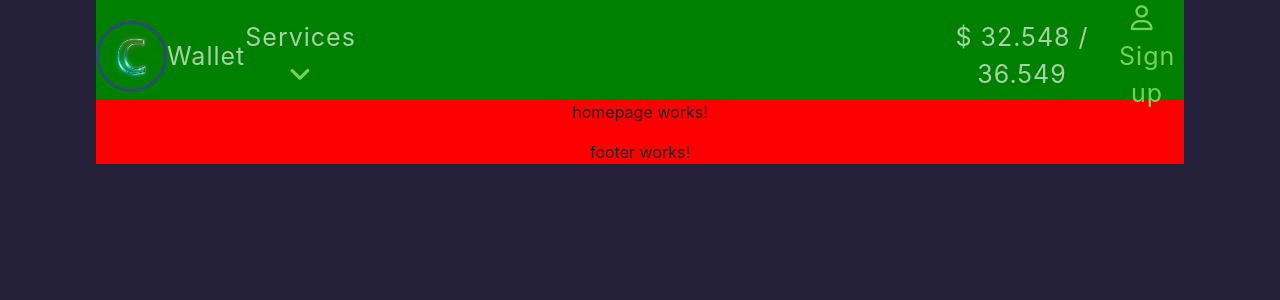
Repository: YuriyBen/Corzbank
Page: / (app in Corzbank.Web/ClientApp/)
An editor plug-in stored every save of this project. The page is shown before and after the next save, followed by the edit.
The browser window is 1280 px wide. The pictures show the whole page.
Some web libraries are served in a nearby version. The project was rebuilt for these pictures with package versions that can differ from the ones it lists, and the page was loaded fresh each time. Also part of the build but not shown: Corzbank.Web/ClientApp/angular.json.

Above is the page before, as saved 2022-05-19 20:30:47.

### Corzbank.Web/ClientApp/src/index.html
<!DOCTYPE html>
<html lang="en">
  <head>
    <meta charset="utf-8" />
    <title>Corzbank.Web</title>
    <base href="/" />

    <meta name="viewport" content="width=device-width, initial-scale=1" />
    <link rel="icon" type="image/x-icon" href="favicon.ico" />

    <script src="https://kit.fontawesome.com/61ebb60581.js" crossorigin="anonymous"></script>
  </head>
  <body>
    <app-root>Loading...</app-root>
  </body>
</html>

### Corzbank.Web/ClientApp/src/styles.css
/* You can add global styles to this file, and also import other style files */

/* Provide sufficient contrast against white background */
a {
  color: #0366d6;
}

code {
  color: #e01a76;
}

.btn-primary {
  color: #fff;
  background-color: #1b6ec2;
  border-color: #1861ac;
}
body{
  display: block;
  text-align: -webkit-center;
  background-color: #24203A;
}
.main{
  background-color: red;
  padding: 0;
  width: 85%;
}

### Corzbank.Web/ClientApp/src/app/app.module.ts
import { BrowserModule } from '@angular/platform-browser';
import { NgModule } from '@angular/core';
import { FormsModule } from '@angular/forms';
import { HttpClientModule, HTTP_INTERCEPTORS } from '@angular/common/http';
import { RouterModule } from '@angular/router';

import { AppComponent } from './app.component';
import { HomepageComponent } from './homepage/homepage.component';
import { HeaderComponent } from './header/header.component';
import { FooterComponent } from './footer/footer.component';

@NgModule({
  declarations: [
    AppComponent,
    HomepageComponent,
    HeaderComponent,
    FooterComponent
  ],
  imports: [
    BrowserModule.withServerTransition({ appId: 'ng-cli-universal' }),
    HttpClientModule,
    FormsModule,
    RouterModule.forRoot([
      { path: '', component: HomepageComponent, pathMatch: 'full' },
    ])
  ],
  providers: [],
  bootstrap: [AppComponent]
})
export class AppModule { }

### Corzbank.Web/ClientApp/src/app/app.component.html
<body>
  <div class="main">
    <app-header></app-header>
    <router-outlet></router-outlet>
    <div class="container">
    </div>
    <app-footer></app-footer>
  </div>
</body>

### Corzbank.Web/ClientApp/src/app/homepage/homepage.component.html
<p>homepage works!</p>

### Corzbank.Web/ClientApp/src/app/header/header.component.html
<div class="navbar">
    <div class="left-block">
        <div class="logo">
            <img src="assets/photos/logo.png" alt="logo">
        </div>
        <span>Wallet</span>
        <div class="services">
            <span>Services</span>
            <i class="fa fa-angle-down"></i>
        </div>
    </div>
    <div class="right-block">
        <div class="exchange">
            <span>$ 32.548 / 36.549</span>
        </div>
        <div class="account">
            <i class="far fa-user"></i>
            <p>Sign up</p>
        </div>
    </div>
</div>

### Corzbank.Web/ClientApp/src/app/header/header.component.scss
*{
    padding: 0;
    margin: 0;
    box-sizing: 0;
}
.navbar{
    background-color: green;
    height: 100px;
    display: flex;
    justify-content: space-between;
    align-items: center;
    font-size: 25px;
    letter-spacing: 1px;
}
.left-block , .right-block{
    display: flex;
    justify-content: space-between;
    width: 23%;
    align-items: baseline;
    align-items: center;
}
.navbar span{
    color: white;
    opacity: 65%;
}
.left-block .logo{
    background: transparent;
    border-radius: 50px;
    border: 3px solid #2D4A74;
}
.left-block img{
    width: 65px;
}
.left-block
.right-block .account{
    display: -webkit-inline-box;
    width: 140px;
    height: 40px;
    -webkit-box-align: center;
    border-radius: 32px;
    background: transparent;
    border: 3px solid #77D353;
    padding: 0 10px;
    -webkit-box-pack: center;
    font-size: 18px;

}
.account p, i{
    color: #77D353;
}
.account .far{
    margin-right: 10px;
}

Loaded but not shown: Corzbank.Web/ClientApp/src/main.ts (common file); Corzbank.Web/ClientApp/src/environments/environment.ts (common file); Corzbank.Web/ClientApp/src/app/app.component.ts (common file); Corzbank.Web/ClientApp/src/app/homepage/homepage.component.ts (common file); Corzbank.Web/ClientApp/src/app/header/header.component.ts (common file); Corzbank.Web/ClientApp/src/app/footer/footer.component.ts (common file); Corzbank.Web/ClientApp/src/app/footer/footer.component.html (common file); Corzbank.Web/ClientApp/src/app/footer/footer.component.scss (no stored copy; drawn as an empty file); Corzbank.Web/ClientApp/src/app/homepage/homepage.component.scss (no stored copy; drawn as an empty file)

After the next save:
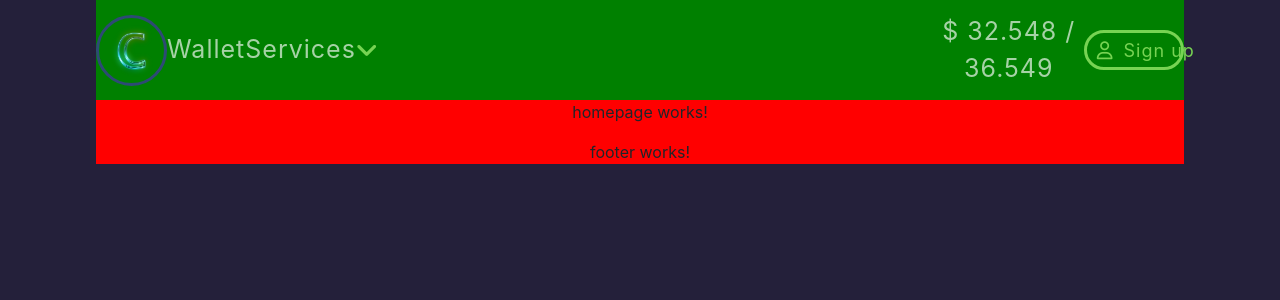
Saved 4 s later.
--- a/Corzbank.Web/ClientApp/src/app/header/header.component.scss
+++ b/Corzbank.Web/ClientApp/src/app/header/header.component.scss
@@ -31,7 +31,12 @@
 .left-block img{
     width: 65px;
 }
-.left-block
+.left-block .services{
+    display: flex;
+    width: 140px;
+    justify-content: space-between;
+    align-items: center;
+}
 .right-block .account{
     display: -webkit-inline-box;
     width: 140px;
